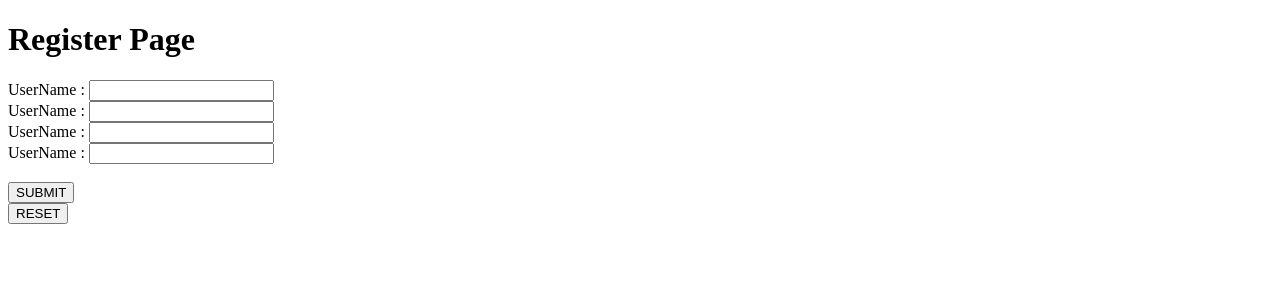
Repository: jayaprakash1250/SpringBootProjects
Page: springWebProject/src/main/webapp/register.html
These files come from the project's save history. The page is drawn as it stood at one moment and after the next save; the edit follows.
The browser window is 1280 px wide. The pictures show the whole page.

Above is the page before, as saved 2022-05-31 12:21:19.

After the next save:
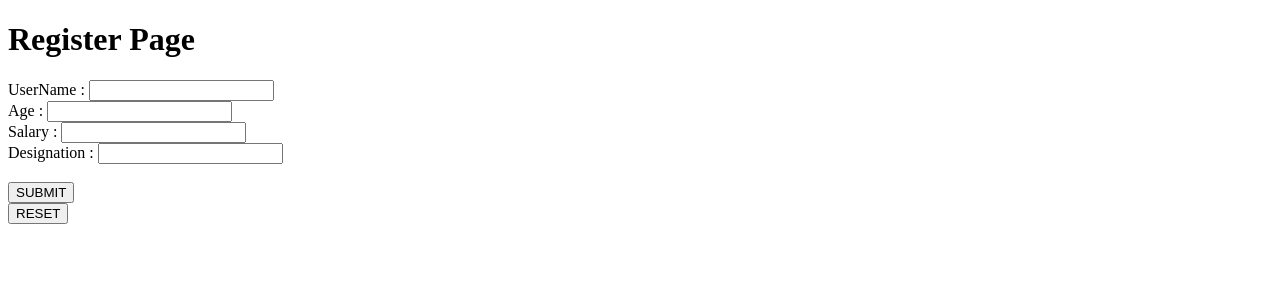
Saved 83 s later.
--- a/springWebProject/src/main/webapp/register.html
+++ b/springWebProject/src/main/webapp/register.html
@@ -10,9 +10,9 @@
 <form action = "register">
 
  UserName : <input type = "text" name = "name"/><br/>
- UserName : <input type = "text" name = "name"/><br/>
- UserName : <input type = "text" name = "name"/><br/>
- UserName : <input type = "text" name = "name"/><br/><br/>
+ Age : <input type = "number" name = "age"/><br/>
+ Salary : <input type = "number" name = "salary"/><br/>
+ Designation : <input type = "text" name = "designation"/><br/><br/>
 
  <input type = "submit" value = "SUBMIT"/><br/>
  <input type = "reset" value = "RESET"/>
